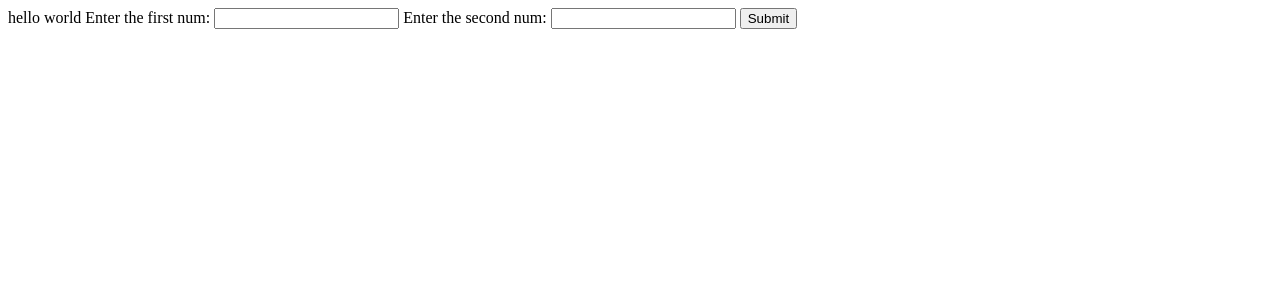
Repository: shakil51298/JSP_PROJECT
Page: DemoProject/src/main/webapp/index.html
These files come from the project's save history. The page is drawn as it stood at one moment and after the next save; the edit follows.
The browser window is 1280 px wide. The pictures show the whole page.

Above is the page before, as saved 2022-02-22 11:59:46.

After the next save:
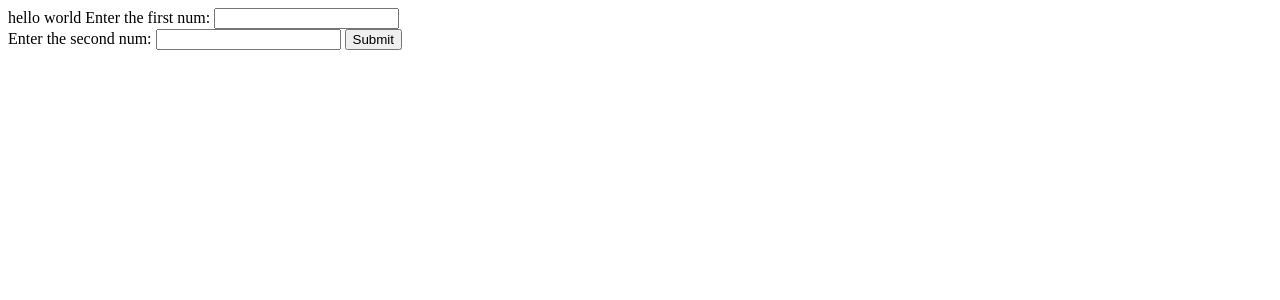
Saved 16 s later.
--- a/DemoProject/src/main/webapp/index.html
+++ b/DemoProject/src/main/webapp/index.html
@@ -3,7 +3,7 @@
 <body>
 hello world
 <from>
-Enter the first num: <input type="text" name="num1"/>
+Enter the first num: <input type="text" name="num1"/> <br/>
 Enter the second num: <input type="text" name="num2"/>
 <input type ="submit">
 </from>
